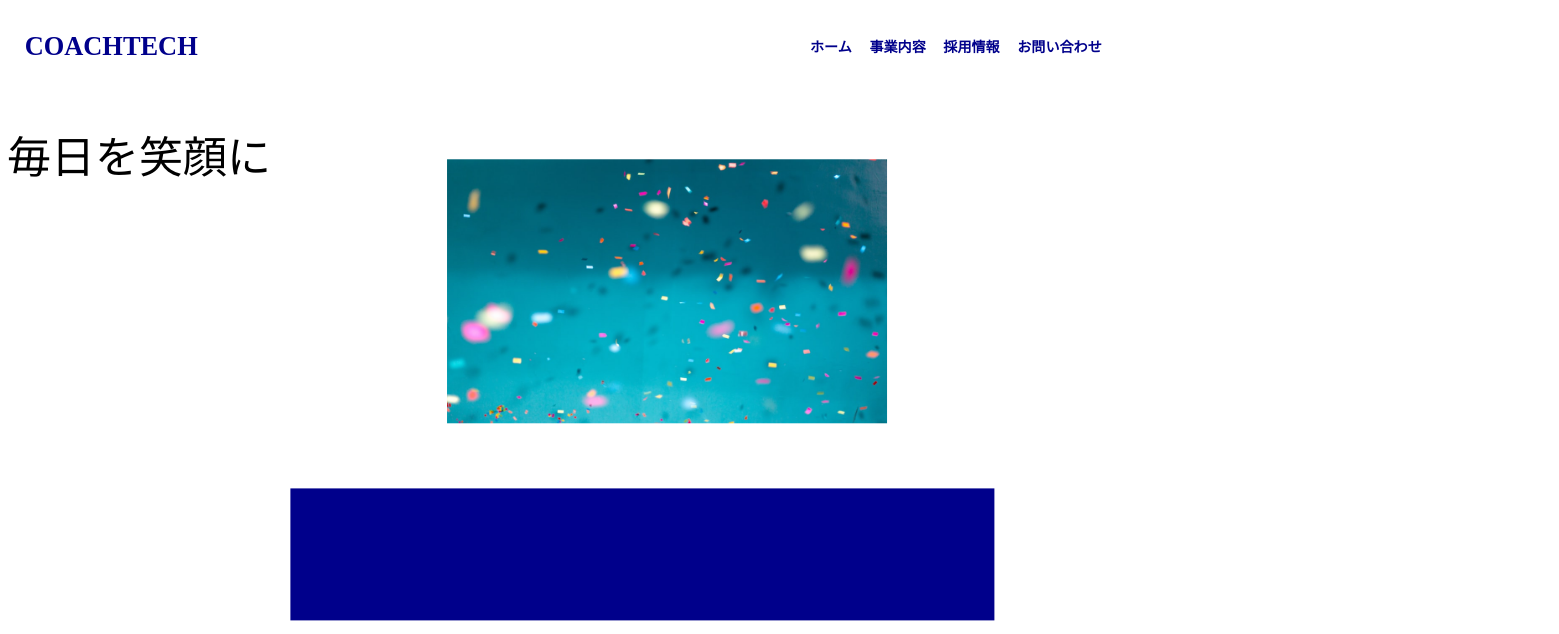
Repository: moro-ayu3/20230213_morohoshi
Page: index.html
These files come from the project's save history. The page is drawn as it stood at one moment and after a run of saves; the edit follows.
The browser window is 1280 px wide. The page is 1772 px wide, so the pictures cover 1772 px, including what lies to the right of the window. The pictures show the whole page, at 88% of full size.

Above is the page before, as saved 2023-02-14 11:26:02.

### index.html
<!DOCTYPE html>
<html lang="ja">

  <head>
    <meta charset="UTF-8" />
    <meta name="viewport" content="width=device-width, initial-scale=1.0" />
    <title>css演習問題</title>
    <link rel="stylesheet" href="./style.css">
  </head>

  <body>
   <header class="header">
    <h1 class="header-ttl">
     COACHTECH
    </h1>
    <ul class="header-list">
      <li class="header-item">ホーム</li><li class="header-item">事業内容</li><li class="header-item">採用情報</li><li class="header-item">お問い合わせ</li>
   </ul>
   </header>
   <main>
    <div class="flex">
     <p class="main-ttl">毎日を笑顔に</p>
     <div class="absolute blue-box"></div>
    </div>
     <div class="relative img">
      <img src="img/firstview.jpeg" width="500" height="300"alt="firstview">
     </div>
   </main>
  </body>

</html>

### style.css
.header {
  display: flex;
  justify-content: space-between;
  align-items: center;
  margin-top: 15px;
  color: #00008b;
}

.header-ttl {
  font-size: 30px;
  margin-left: 20px;
}

.header-list {
  display: flex;
  font-weight: bold;
  list-style: none;
}

.header-item {
  margin-right: 20px;
}

.flex {
  display: flex;
  flex-direction: row;
  align-items: flex-end;
  color: black;
  font-size: 50px;
}

.absolute {
  position: absolute;
  bottom: 15px;
  right: 150px;
  z-index: 0;
}

.blue-box {
  display: flex;
  flex-direction: row;
  align-items: flex-start;
  width: 800px;
  height: 150px;
  background-color: #00008b;
}

.relative {
  position: relative;
  bottom: 80px;
  left: 500px;
  z-index: 10;
}

.img {
  width: 100%;
  height: auto;
}

After the next 3 saves:
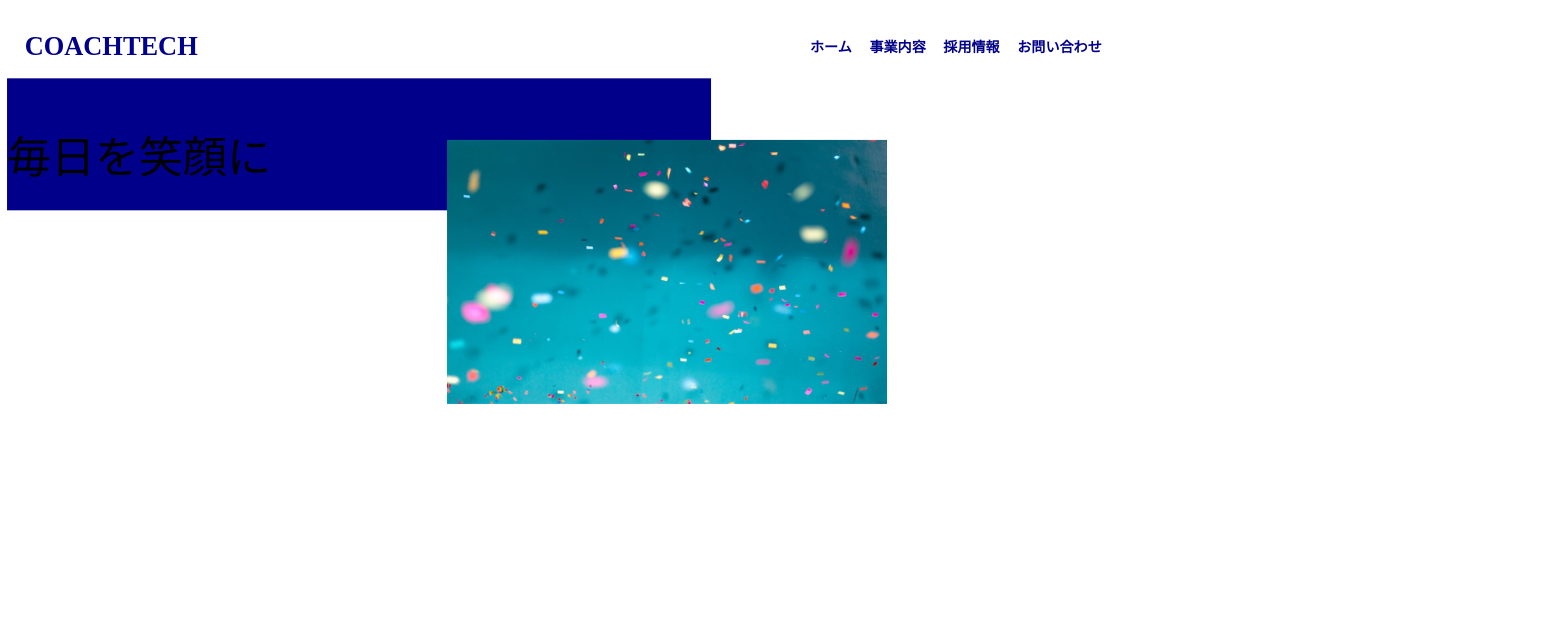
The 3 saves are shown as one change because they came seconds apart.
The last was saved 16 s later.
--- a/style.css
+++ b/style.css
@@ -36,7 +36,7 @@
   z-index: 0;
 }
 
-.blue-box {
+.flex {
   display: flex;
   flex-direction: row;
   align-items: flex-start;
